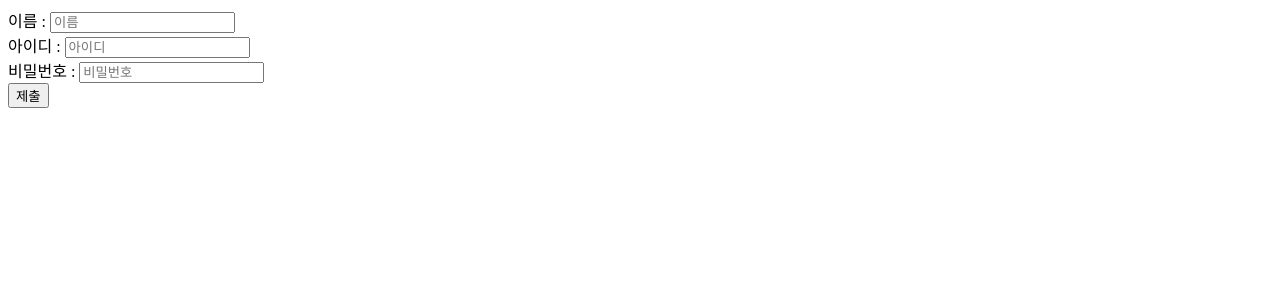
Repository: SimpleRan/jsp_paractice2
Page: http://localhost/JSPBasic/jspobject/request/req_user_form.jsp
An editor plug-in stored every save of this project. The page is shown before and after the next save, followed by the edit.
The browser window is 1280 px wide. The pictures show the whole page.
The page is served by Tomcat 9.

Above is the page before, as saved 2022-03-25 10:30:46.

### JSPBasic/src/main/webapp/jspobject/request/req_user_form.jsp
<%@ page language="java" contentType="text/html; charset=UTF-8"
    pageEncoding="UTF-8"%>
<!DOCTYPE html>

<html>
<head>
<meta charset="UTF-8">
<title>Insert title here</title>
</head>
<body>
<%--현재 파일인 req_user_form.jsp에 폼 태그를 만들어보겠습니다.
	목적지는 함께 req_user.jsp 파일입니다. post방식으로 데이터를 전달합니다.
	먼저 이름, 아이디, 비밀번호를 입력해 보낼 수 있는 input태그를 만들어주세요.
	각 태그의 name 속성은 uname, uid, upw 입니다.
	데이터를 받아주는 req_user.jsp에서 한글이 깨지지 않도록 받아서 화면에 출력해주세요. --%>
	<form action = "http://localhost:8181/JSPBasic/jspobject/request/req_user.jsp" method="post">
	이름 : <input type= "text" name="uname" placeholder="이름"/><br/>
	아이디 : <input type= "text" name="uid" placeholder="아이디"/><br/>
	비밀번호 : <input type= "password" name="upw"placeholder="비밀번호"/><br/>

		<input type= "submit" value="제출"/>
  </form>
</body>
</html>

After the next save:
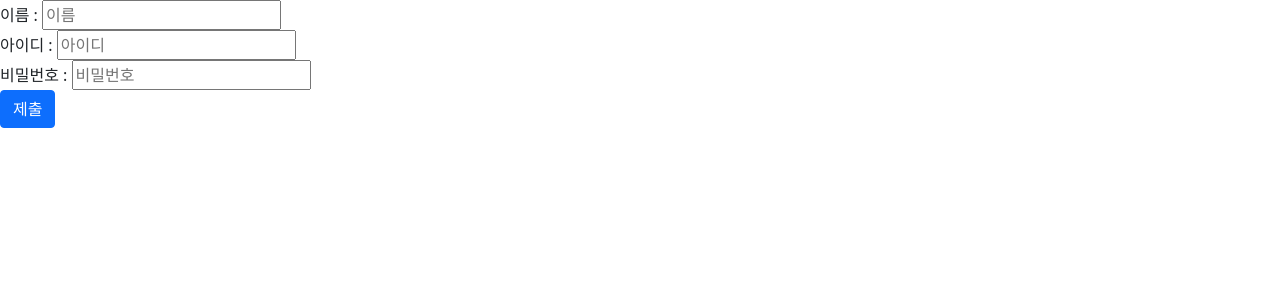
Saved 6 min 27 s later.
--- a/JSPBasic/src/main/webapp/jspobject/request/req_user_form.jsp
+++ b/JSPBasic/src/main/webapp/jspobject/request/req_user_form.jsp
@@ -4,6 +4,8 @@
 
 <html>
 <head>
+<!-- 이곳에 head사이에  bootstrap을 갖다 붙이면 좀더 세련되게 꾸밀 수 있다  -->
+<link href="https://cdn.jsdelivr.net/npm/bootstrap@5.1.3/dist/css/bootstrap.min.css" rel="stylesheet" integrity="sha384-1BmE4kWBq78iYhFldvKuhfTAU6auU8tT94WrHftjDbrCEXSU1oBoqyl2QvZ6jIW3" crossorigin="anonymous">
 <meta charset="UTF-8">
 <title>Insert title here</title>
 </head>
@@ -18,7 +20,7 @@
 	아이디 : <input type= "text" name="uid" placeholder="아이디"/><br/>
 	비밀번호 : <input type= "password" name="upw"placeholder="비밀번호"/><br/>
 
-		<input type= "submit" value="제출"/>
+		<input type= "submit" class="btn btn-primary" value="제출"/>
   </form>
 </body>
 </html>
